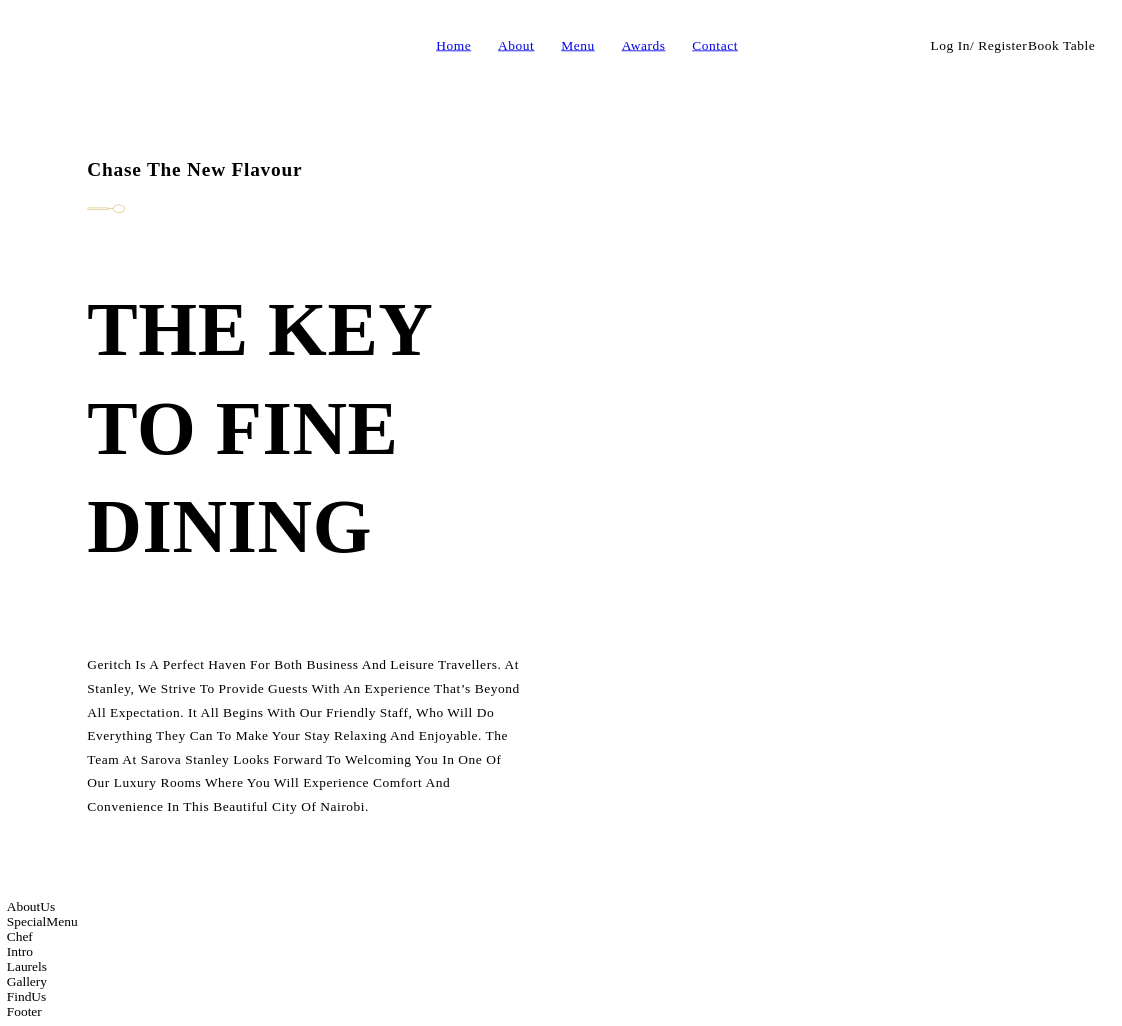
Repository: remydev47/restaurant
Page: /
An editor plug-in stored every save of this project. The page is shown before and after the next save, followed by the edit.
The browser window is 1280 px wide. The page is 1336 px wide, so the pictures cover 1336 px, including what lies to the right of the window. The pictures show the whole page, at 84% of full size.
The project was rebuilt for these pictures with package versions that can differ from the ones it lists, and the page was loaded fresh each time. Also part of the build but not shown: src/container/AboutUs/AboutUs.css, src/container/Chef/Chef.css, src/components/Footer/Newsletter.jsx, src/components/Footer/FooterOverlay.jsx, src/components/Menuitem/MenuItem.css, src/components/Menuitem/MenuItem.jsx, src/container/Menu/SpecialMenu.css. Imported but missing from the stored project, and not drawn on this page: src/assets/meal.mp4.

Above is the page before, as saved 2022-03-15 13:06:11.

### public/index.html
<!DOCTYPE html>
<html lang="en">
  <head>
    <meta charset="utf-8" />
    <link rel="icon" href="%PUBLIC_URL%/favicon.ico" />
    <meta name="viewport" content="width=device-width, initial-scale=1" />
    <meta name="theme-color" content="#000000" />
    <meta name="description"content="Web site created using create-react-app"/>
    <link rel="apple-touch-icon" href="%PUBLIC_URL%/logo192.png" />
    <link rel="manifest" href="%PUBLIC_URL%/manifest.json" />
    <title>Gerich Resturant</title>
  </head>
  <body>
    <noscript>You need to enable JavaScript to run this app.</noscript>
    <div id="root"></div>
</html>

### src/App.js
import React from 'react';

import { AboutUs, Chef, FindUs, Footer, Gallery, Header, Intro, Laurels, SpecialMenu } from './container';
import { Navbar } from './components';
import './App.css';

const App = () => (
  <div>
    <Navbar />
    <Header />
    <AboutUs />
    <SpecialMenu />
    <Chef />
    <Intro />
    <Laurels />
    <Gallery />
    <FindUs />
    <Footer />
  </div>
);

export default App;

### src/container/Header/Header.jsx
import React from 'react';
import { SubHeading } from '../../components';

import { images } from "../../constants"
import './Header.css';

const Header = () => (
  <div className="app__header app__wrapper section__padding" id="home">
    <div className="app__wrapper_info">
      <SubHeading title="Chase The New Flavour" />
      <h1 className="app__header-h1">The Key To Fine Dining</h1>
      <p className="p__opensans" style={{margin: '2rem 0'}}>
          Geritch is a perfect haven for both business and leisure travellers. At Stanley, we strive to provide guests with an experience that’s beyond all expectation. It all begins with our friendly staff, who will do everything they can to make your stay relaxing and enjoyable. The team at Sarova Stanley looks forward to welcoming you in one of our luxury rooms where you will experience comfort and convenience in this beautiful city of Nairobi.
      </p>
    </div>
    <div className="app__wrapper_img"></div>
  </div>
);

export default Header;

### src/components/SubHeading/SubHeading.jsx
import React from 'react';
import { images } from '../../constants';


const SubHeading = ({ title }) => (
  <div style={{ marginBottom: "1rem"}}>
    <p className='p__cormorant'>{title}</p>
    <img src={images.spoon} alt="spoon" className="spoon__img" />
  </div>
);

export default SubHeading;

### src/components/Navbar/Navbar.jsx
import React, {useState} from 'react';
import { GiHamburgerMenu } from 'react-icons/gi';
import { MdOutlineRestaurantMenu } from 'react-icons/md';

import images from '../../constants/images';
import './Navbar.css';

const Navbar = () => {
  const [toggleMenu, setToggleMenu] = useState(false)
  return(
  <nav className="app__navbar">
    <div className="app__navbar-logo">
     <img src={images.gericht} alt="app logo"/>
    </div>
    <ul className="app__navbar-links">
      <li className="p__opensans"><a href="#home">Home</a></li>
      <li className="p__opensans"><a href="#about">About</a></li>
      <li className="p__opensans"><a href="#menu">Menu</a></li>
      <li className="p__opensans"><a href="#awards">Awards</a></li>
      <li className="p__opensans"><a href="#contact">Contact</a></li>
    </ul>
    <div className="app__navbar-login">
      <a href="#login" className="p__opensans">Log in/ Register</a>
    <div/>
      <a href="/" className="p__opensans">Book Table</a>
    </div>
    <div className="app__navbar-smallscreen">
      <GiHamburgerMenu color="#fff" fontsize={27} onClick={() => setToggleMenu(true)} />

      {toggleMenu && (


      <div className="app__navbar-smallscreen_overlay flex__center slide-bottom">
        <MdOutlineRestaurantMenu fontSize={27} className="overlay__close" onClick={() => setToggleMenu(false)} />
        <ul className="app__navbar-smallscreen_links">
          <li className="p__opensans"><a href="#home">Home</a></li>
          <li className="p__opensans"><a href="#about">About</a></li>
          <li className="p__opensans"><a href="#menu">Menu</a></li>
          <li className="p__opensans"><a href="#awards">Awards</a></li>
          <li className="p__opensans"><a href="#contact">Contact</a></li>
       </ul>
      </div>
       )}
    </div>
  </nav>
  );
};

export default Navbar;

### src/container/Header/Header.css
.app__header {
    background-color: var(--color-black);
}

.app__header-h1 {
    font-family: var(--font-base);
    color: var(--color-golden);
    letter-spacing: 0.04rem;
    text-transform: uppercase;
    line-height: 117px;
    font-size: 90px;
}

.app__header-img {
    width: ;
}

### src/constants/images.js
import bg from '../assets/bg.png';
import chef from '../assets/chef.png';
import G from '../assets/G.png';
import gallery01 from '../assets/gallery01.png';
import gallery02 from '../assets/gallery02.png';
import gallery03 from '../assets/gallery03.png';
import gallery04 from '../assets/gallery04.png';
import knife from '../assets/knife.png';
import logo from '../assets/logo.png';
import menu from '../assets/menu.png';
import overlaybg from '../assets/overlaybg.png';
import spoon from '../assets/spoon.svg';
import welcome from '../assets/welcome.png';
import findus from '../assets/findus.png';
import laurels from '../assets/laurels.png';
import award01 from '../assets/award01.png';
import award02 from '../assets/award02.png';
import award03 from '../assets/award03.png';
import award05 from '../assets/award05.png';
import sign from '../assets/sign.png';
import quote from '../assets/quote.png';
import gericht from '../assets/gericht.png';

export default {
  bg,
  chef,
  G,
  gallery01,
  gallery02,
  gallery03,
  gallery04,
  knife,
  logo,
  menu,
  overlaybg,
  spoon,
  welcome,
  findus,
  laurels,
  award01,
  award02,
  award03,
  award05,
  sign,
  quote,
  gericht,
};

### src/components/Navbar/Navbar.css
.app__navbar {
   width: 100%;
   display: flex;
   justify-content: space-between;
   align-items: center;
   background: var(--color-black);
   padding: 1rem 2rem;
}

.app__navbar-logo{
    display: flex;
    justify-content: flex-start;
    align-items: center;
}

.app__navbar-logo img{
    width: 150px;
}

.app__navbar-links {
    flex: 1;
    display: flex;
    justify-content: center;
    align-items: center;

    list-style: none;
}

.app__navbar-links li{
    margin: 0 1rem;
    cursor: pointer;
}

.app__navbar-links li:hover {
   color: var(--color-grey);
}

.app__navbar-login {
    display: flex;
    justify-content: flex-end;
    align-items: center;
}
.app__navbar-login a {
    margin: o 1rem;
    text-decoration: none;
    transition: 0.5s  ease;
}

.app__navbar-login a:hover{
    border-bottom: 1px solid var(--color-golden);
}

.app__navbar-login div{
    width: 1px;
    height: 30px;
    background-color: var(--color-grey);
}

.app__navbar-smallscreen{
    display: none;
}

.app__navbar-smallscreen_overlay {
    position: fixed;
    top: 0;
    left: 0;
    width: 100%;
    height: 100vh;
    background-color: var(--color-black);
    transition: 0.5s ease;

    flex-direction: column;
    z-index: 5;
}

.app__navbar-smallscreen_overlay .overlay__close{
    font-size: 27px;
    color: var(--color-golden);
    cursor: pointer;

    position: absolute;
    top: 20px;
    right: 20px;
}

.app__navbar-smallscreen_links{
    list-style: none;
}

.app__navbar-smallscreen_links li {
   margin: 2rem;
   cursor: pointer;
   color: var(--color-golden);
   font-size: 2rem;
   text-align: center;
   font-family: var(--font-base);
}

.app__navbar-smallscreen_links li:hover {
    color: var(--color-white);
}

@media screen and (max-width: 2000px) {
    .app__navbar-logo img{
        width: 210px;
    }
}

@media screen and (max-width: 1150px) {
    .app__navbar-links {
        display: none;
    }

    .app__navbar-smallscreen {
        display: flex;
    }
}

@media screen and (max-width: 650px) {
    .app__navbar {
        padding: 1rem;
    }
    .app__navbar-login {
        display: none;
    }

    .app__navbar-logo img{
        width: 110px;
    }
}

### src/constants/data.js
import images from './images';

const wines = [
  {
    title: 'Chapel Hill Shiraz',
    price: '$56',
    tags: 'AU | Bottle',
  },
  {
    title: 'Catena Malbee',
    price: '$59',
    tags: 'AU | Bottle',
  },
  {
    title: 'La Vieillw Rose',
    price: '$44',
    tags: 'FR | 750 ml',
  },
  {
    title: 'Rhino Pale Ale',
    price: '$31',
    tags: 'CA | 750 ml',
  },
  {
    title: 'Irish Guinness',
    price: '$26',
    tags: 'IE | 750 ml',
  },
];

const cocktails = [
  {
    title: 'Aperol Sprtiz',
    price: '$20',
    tags: 'Aperol | Villa Marchesi prosecco | soda | 30 ml',
  },
  {
    title: "Dark 'N' Stormy",
    price: '$16',
    tags: 'Dark rum | Ginger beer | Slice of lime',
  },
  {
    title: 'Daiquiri',
    price: '$10',
    tags: 'Rum | Citrus juice | Sugar',
  },
  {
    title: 'Old Fashioned',
    price: '$31',
    tags: 'Bourbon | Brown sugar | Angostura Bitters',
  },
  {
    title: 'Negroni',
    price: '$26',
    tags: 'Gin | Sweet Vermouth | Campari | Orange garnish',
  },
];

const awards = [
  {
    imgUrl: images.award02,
    title: 'Bib Gourmond',
    subtitle: 'Lorem ipsum dolor sit amet, consectetur.',
  },
  {
    imgUrl: images.award01,
    title: 'Rising Star',
    subtitle: 'Lorem ipsum dolor sit amet, consectetur.',
  },
  {
    imgUrl: images.award05,
    title: 'AA Hospitality',
    subtitle: 'Lorem ipsum dolor sit amet, consectetur.',
  },
  {
    imgUrl: images.award03,
    title: 'Outstanding Chef',
    subtitle: 'Lorem ipsum dolor sit amet, consectetur.',
  },
];

export default { wines, cocktails, awards };

Loaded but not shown: src/index.js (common file); src/container/index.js (common file); src/components/index.js (common file); src/App.css (common file); src/container/AboutUs/AboutUs.jsx (common file); src/container/Chef/Chef.jsx (common file); src/container/Findus/FindUs.jsx (common file); src/container/Footer/Footer.jsx (common file); src/container/Gallery/Gallery.jsx (common file); src/container/Intro/Intro.jsx (common file); src/container/Laurels/Laurels.jsx (common file); src/container/Menu/SpecialMenu.jsx (common file); src/constants/index.js (common file); src/components/Footer/FooterOverlay.css (no stored copy; drawn as an empty file); src/components/Footer/Newsletter.css (no stored copy; drawn as an empty file); src/container/Footer/Footer.css (no stored copy; drawn as an empty file); src/container/Gallery/Gallery.css (no stored copy; drawn as an empty file); src/container/Intro/Intro.css (no stored copy; drawn as an empty file); src/container/Laurels/Laurels.css (no stored copy; drawn as an empty file)

After the next save:
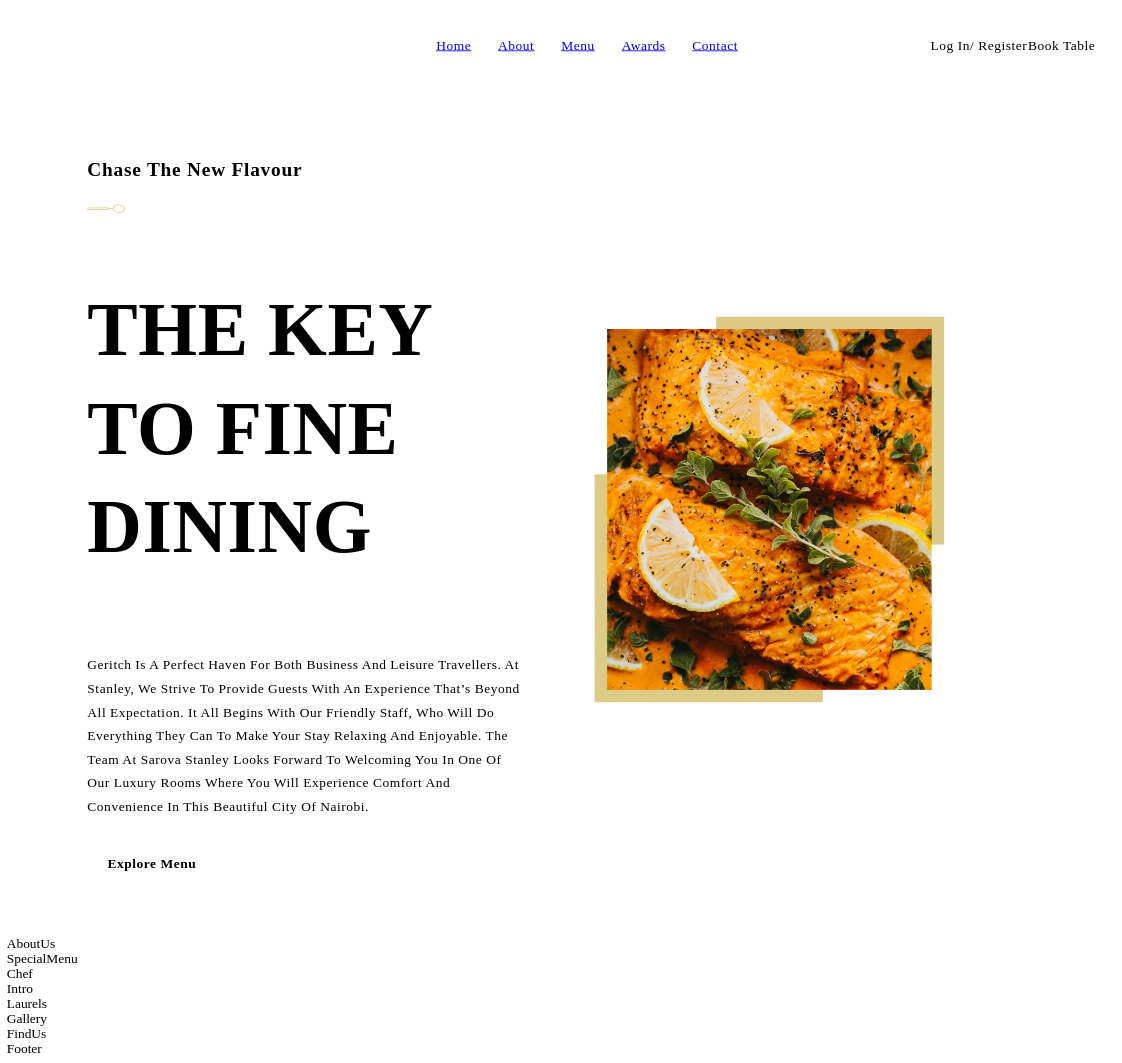
Saved 3 min 23 s later.
--- a/src/container/Header/Header.jsx
+++ b/src/container/Header/Header.jsx
@@ -12,8 +12,11 @@ const Header = () => (
       <p className="p__opensans" style={{margin: '2rem 0'}}>
           Geritch is a perfect haven for both business and leisure travellers. At Stanley, we strive to provide guests with an experience that’s beyond all expectation. It all begins with our friendly staff, who will do everything they can to make your stay relaxing and enjoyable. The team at Sarova Stanley looks forward to welcoming you in one of our luxury rooms where you will experience comfort and convenience in this beautiful city of Nairobi.
       </p>
+      <button type="button" className="custom__button">Explore Menu</button>
     </div>
-    <div className="app__wrapper_img"></div>
+    <div className="app__wrapper_img">
+      <img src={images.welcome} alt="header img" />
+    </div>
   </div>
 );
 
